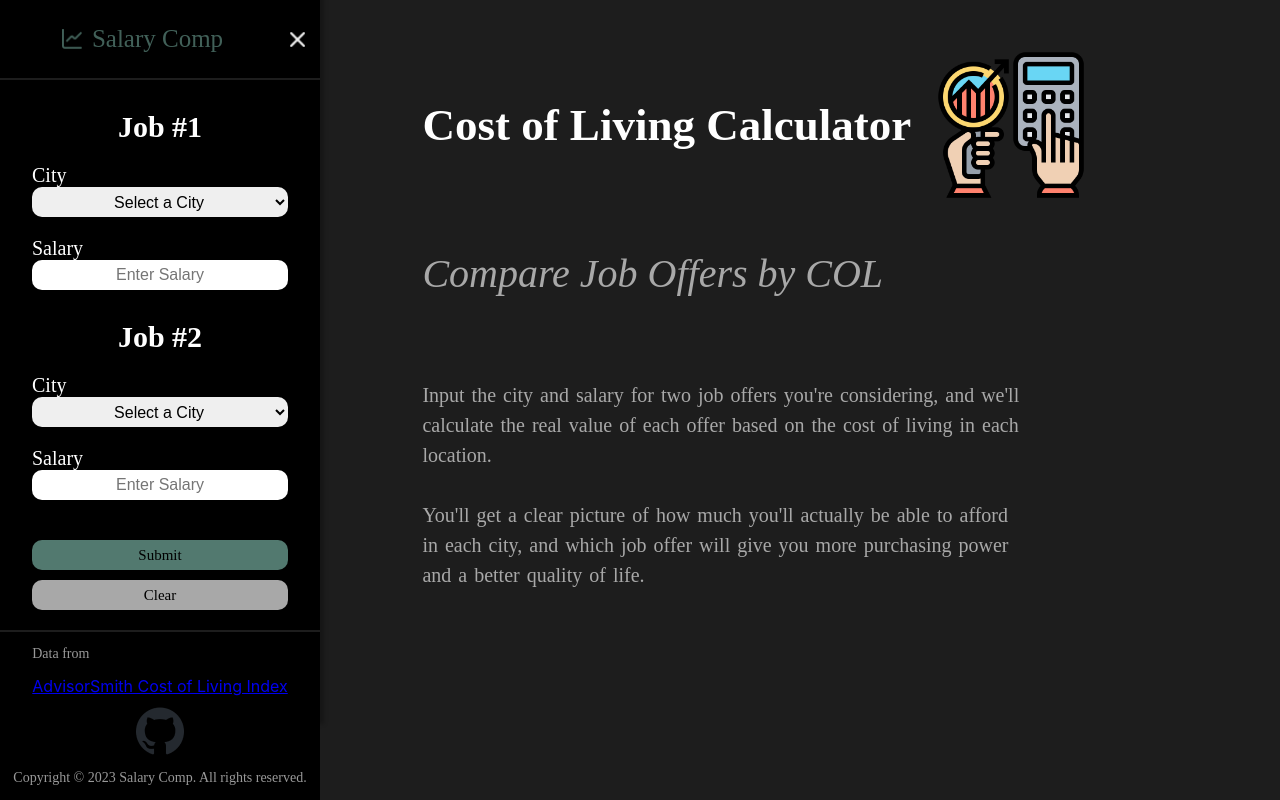
Repository: robbymcd/Salary-Comp
Page: /
The author's editor kept a copy of each file at every save. The page is drawn from the files as they stood at one save, then again after the next save.
The browser window is 1280 px wide. The pictures show the whole page.
Some web fonts or font styles are not loaded; a fallback is used. The project was rebuilt for these pictures with package versions that can differ from the ones it lists, and the page was loaded fresh each time. Also part of the build but not shown: src/Main.css, src/Main.js.

Above is the page before, as saved 2023-06-16 11:34:59.

After the next save:
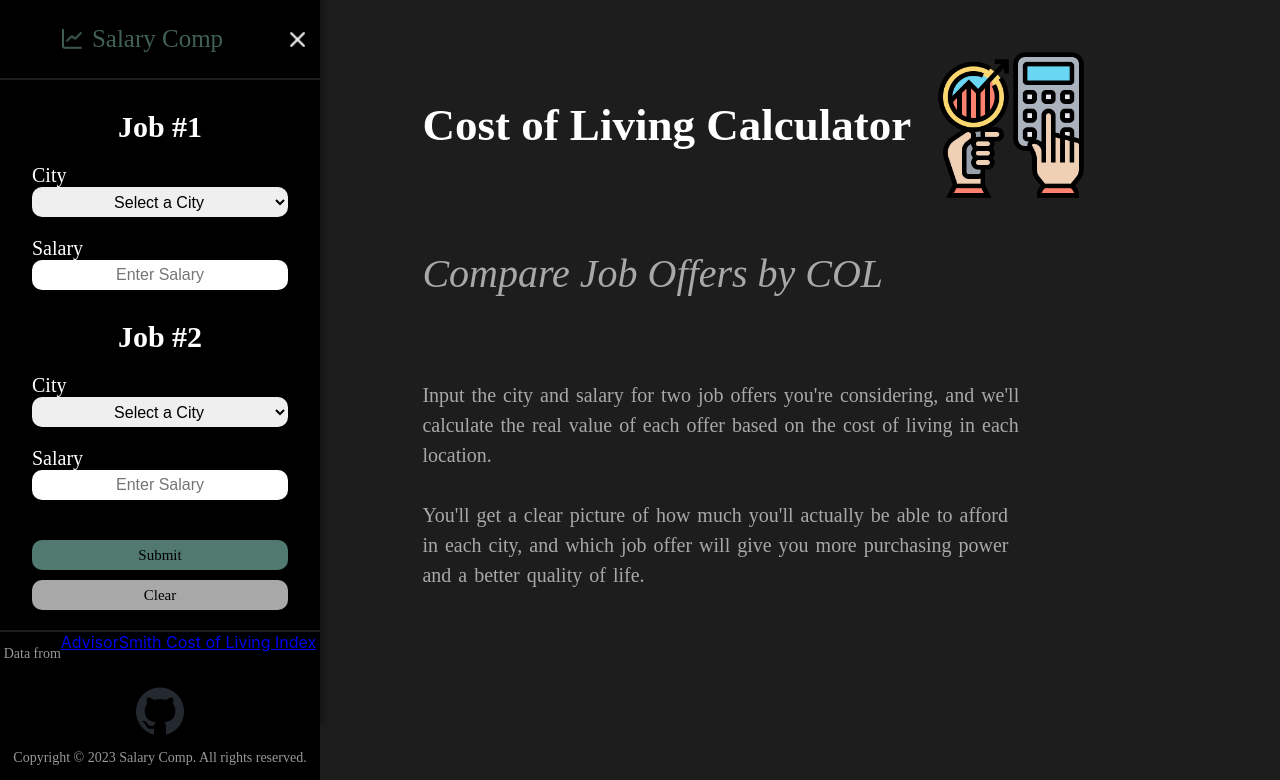
Saved 8 s later.
--- a/src/OpenSidebar.css
+++ b/src/OpenSidebar.css
@@ -159,8 +159,8 @@ input {
 }
 
 .hiw {
-    text-decoration: underline;
-    cursor: pointer;
+    display: flex;
+    flex-direction: row;
 }
 
 .github {
